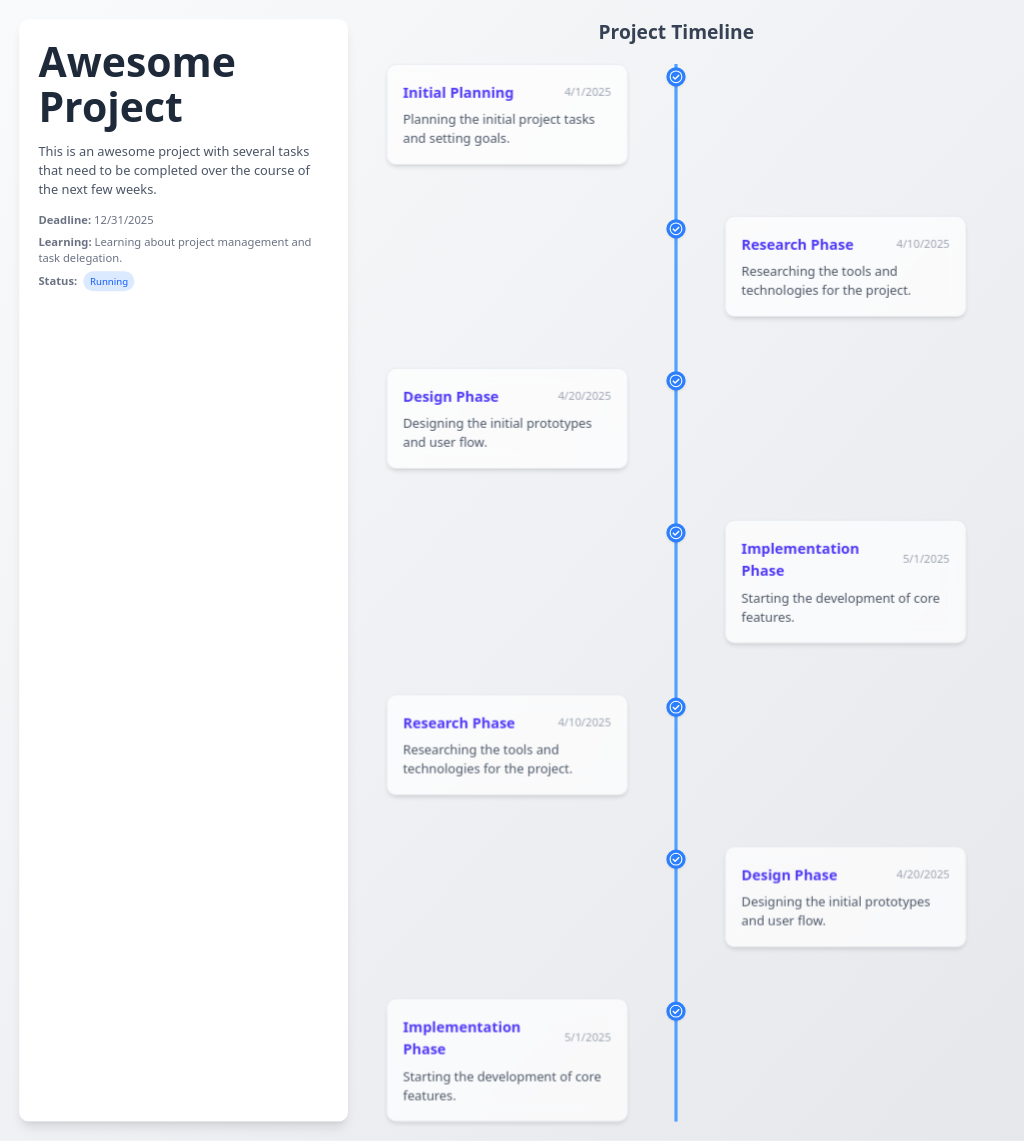
Repository: mohitagrawal0412/Workify
Page: /projectDetails (app in client/)
These files come from the project's save history. The page is drawn as it stood at one moment and after the next save; the edit follows.
The browser window is 1280 px wide. The pictures show the whole page, at 80% of full size.
An inner scrolling area shows only its first screen. The project was rebuilt for these pictures with package versions that can differ from the ones it lists, and the page was loaded fresh each time. Also part of the build but not shown: client/vite.config.js, client/src/Components/Dashboard/Dashboard.jsx, client/src/Components/Dashboard/AllProjects.jsx, client/src/Components/Dashboard/EntryDetails.jsx.

Above is the page before, as saved 2025-04-15 10:31:35.

After the next save:
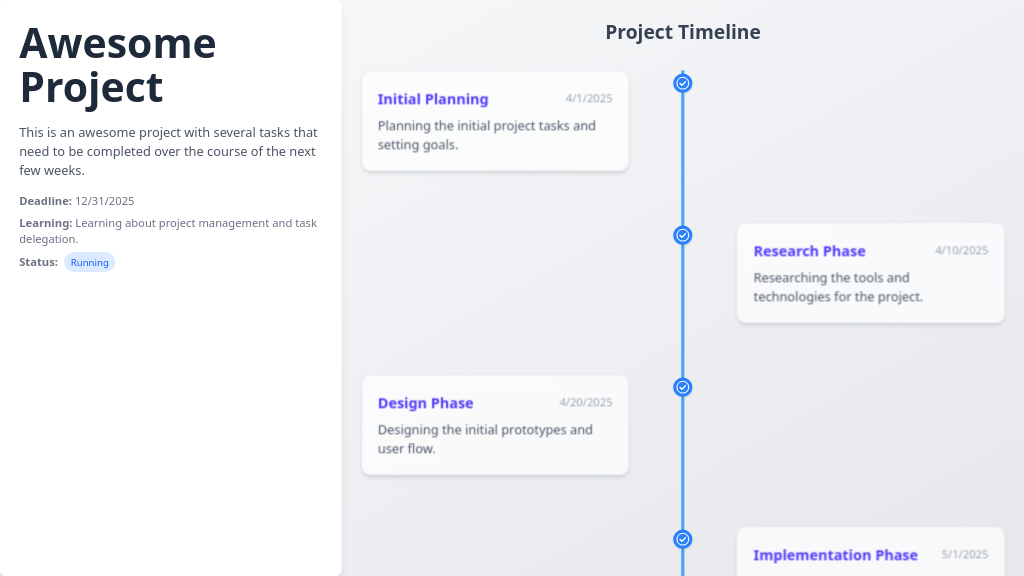
Saved 76 s later.
--- a/client/src/Components/Dashboard/ProjectDetails.jsx
+++ b/client/src/Components/Dashboard/ProjectDetails.jsx
@@ -40,37 +40,21 @@ const ProjectDetails = () => {
                 description: "Starting the development of core features.",
                 date: "2025-05-01",
             },
-            {
-                _id: "entry2",
-                title: "Research Phase",
-                description: "Researching the tools and technologies for the project.",
-                date: "2025-04-10",
-            },
-            {
-                _id: "entry3",
-                title: "Design Phase",
-                description: "Designing the initial prototypes and user flow.",
-                date: "2025-04-20",
-            },
-            {
-                _id: "entry4",
-                title: "Implementation Phase",
-                description: "Starting the development of core features.",
-                date: "2025-05-01",
-            },
+            // Add more entries to test scroll
         ],
     };
 
     return (
-        <div className="min-h-screen flex flex-col md:flex-row bg-gradient-to-br from-gray-50 to-gray-200 p-6">
-            {/* Left: Project Info */}
-            <div className="md:w-1/3 bg-white rounded-xl shadow-lg p-6 mb-6 md:mb-0">
+        <div className="h-screen flex bg-gradient-to-br from-gray-50 to-gray-200 overflow-hidden">
+            {/* Left Side: Fixed Project Info */}
+            <div className="w-1/3 p-6 bg-white shadow-lg rounded-lg sticky top-0 h-screen overflow-y-auto">
                 <h1 className="text-3xl font-bold text-gray-800 mb-4">{project.projectName}</h1>
                 <p className="text-gray-600 mb-4">{project.description}</p>
                 <ul className="space-y-2 text-sm text-gray-500">
                     <li><strong>Deadline:</strong> {new Date(project.deadline).toLocaleDateString()}</li>
                     <li><strong>Learning:</strong> {project.learning}</li>
-                    <li><strong>Status:</strong>
+                    <li>
+                        <strong>Status:</strong>
                         <span className="ml-2 px-2 py-1 bg-blue-100 text-blue-600 rounded-full capitalize text-xs">
                             {project.status}
                         </span>
@@ -78,12 +62,12 @@ const ProjectDetails = () => {
                 </ul>
             </div>
 
-            {/* Right: Alternating Timeline */}
-            <div className="md:w-2/3 relative px-4 md:px-12">
-                <h2 className="text-2xl font-semibold text-gray-700 mb-6 text-center">Project Timeline</h2>
+            {/* Right Side: Scrollable Timeline */}
+            <div className="w-2/3 p-6 overflow-y-auto h-screen">
+                <h2 className="text-2xl font-semibold text-gray-700 mb-8 text-center">Project Timeline</h2>
 
                 <div className="relative">
-                    {/* Center vertical line */}
+                    {/* Vertical Line */}
                     <div className="absolute left-1/2 transform -translate-x-1/2 h-full border-l-4 border-blue-400"></div>
 
                     <div className="space-y-16">
@@ -94,7 +78,7 @@ const ProjectDetails = () => {
                                     key={`${entry._id}-${index}`}
                                     className={`relative flex ${isLeft ? "justify-start" : "justify-end"} w-full`}
                                 >
-                                    {/* Connector Dot */}
+                                    {/* Timeline Dot */}
                                     <div className="absolute top-1 left-1/2 transform -translate-x-1/2 z-10">
                                         <div className="w-6 h-6 bg-white border-4 border-blue-500 rounded-full flex items-center justify-center shadow">
                                             <FaCheckCircle className="text-blue-500 text-sm" />
